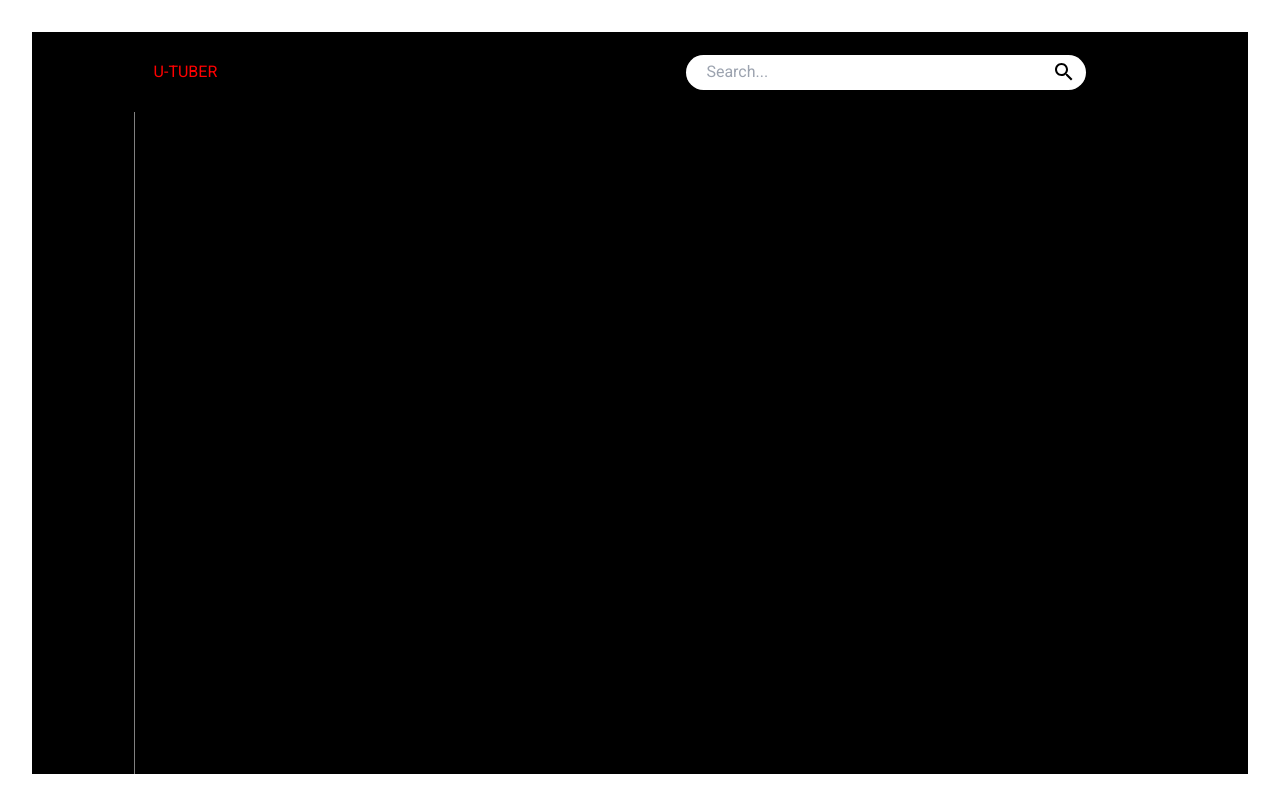
Repository: Nurlan-Bakenbaev/YoutubeClone
Page: /
The author's editor kept a copy of each file at every save. The page is drawn from the files as they stood at one save, then again after a run of saves.
The browser window is 1280 px wide. The pictures show the whole page.
The project was rebuilt for these pictures with package versions that can differ from the ones it lists, and the page was loaded fresh each time. Also part of the build but not shown: vite.config.js, src/components/VideoDetails.jsx, src/components/SearchFeed.jsx, src/components/ChannelDetails.jsx.

Above is the page before, as saved 2023-09-06 09:36:01.

### index.html
<!DOCTYPE html>
<html lang="en">
  <head>
    <link
      rel="stylesheet"
      href="https://fonts.googleapis.com/icon?family=Material+Icons"
    />
    <link rel="preconnect" href="https://fonts.googleapis.com" />
    <link rel="preconnect" href="https://fonts.gstatic.com" crossorigin />
    <link
      rel="stylesheet"
      href="https://fonts.googleapis.com/css2?family=Roboto:wght@300;400;500;600;700&display=swap"
    />

    <meta charset="UTF-8" />
    <link rel="icon" type="image/svg+xml" href="/vite.svg" />
    <meta name="viewport" content="width=device-width, initial-scale=1.0" />
    <title>Youtube Clone</title>
  </head>
  <body>
    <div id="root"></div>
    <script type="module" src="/src/main.jsx"></script>
  </body>
</html>

### src/App.jsx
import "./App.css";
import { BrowserRouter, Routes, Route } from "react-router-dom";
import { Box } from "@mui/material";
import Navbar from './components/Navbar'
import Feed from './components/Feed'
import VideoDetails from './components/VideoDetails'
import SearchFeed from './components/SearchFeed'
import ChannelDetails from './components/ChannelDetails'


const App = () => (
  <BrowserRouter>
    <Box sx={{ backgroundColor: "#000" }}>
      <Navbar/>
      <Routes>
        <Route path="/" element={<Feed />} />
        <Route path="/video:id" element={<VideoDetails />} />
        <Route path="/channel:id" element={<ChannelDetails />} />
        <Route path="/search/:searchTerm" element={<SearchFeed />} />
      </Routes>
    </Box>
  </BrowserRouter>
);

export default App;

### src/index.css
@import "tailwindcss/base";
@import "tailwindcss/components";
@import "tailwindcss/utilities";


body {
  font-family: "Roboto", sans-serif;
  margin: 0;
  padding: 0;
  box-sizing: border-box;
}
a{
  color:inherit;
  text-decoration: none;
}

### src/components/Navbar.jsx
import { Stack } from "@mui/material";
import { Link } from "react-router-dom";
import SearchBar from "./SearchBar";

const Navbar = () => {
  return (
    <Stack
      direction="row"
      alignItems="center"
      sx={{
        position: "sticky",
        background: "black",
        top: "0",
        justifyContent: "space-between",
        height: "80px",
        margin:'0 auto',
        width:'80%'
      }}
    >
      <Stack
        sx={{
          display: "flex",
          flexDirection: "row",
          alignItems: "center",
          color: "red",
        }}
      >
        <Link className="uppercase" to={"/"}>
          U-tuber
        </Link>
      </Stack>
      <SearchBar />
    </Stack>
  );
};

export default Navbar;

### src/components/Feed.jsx
import React, { useState, useEffect } from "react";
import { Box, Stack, Typography } from "@mui/material";

const Feed = () => {
  return (
    <Stack sx={{ flexDirection: { sx: "column", md: "row" } }}>
      <Box
        sx={{
          height: { sx: "auto", md: "92vh" },
          borderRight: "1px solid gray", px:{sx:0,md:2}
        }}>
          SideBar
          <Typography className="copyright"> Copyright </Typography>
        </Box>
    </Stack>
  );
};

export default Feed;

### src/components/SearchBar.jsx
import React from "react";
import { useState } from "react";
import { useNavigate } from "react-router-dom";
import { Paper, IconButton } from "@mui/material";
import SearchIcon from "@mui/icons-material/Search";
const SearchBar = () => {
  return (
    <Paper
      component="form"
      onSubmit={() => {}}
      sx={{
        borderRadius: "20px",
        pl: 2,
        boxShadow: "none",
        display: "flex",
        alignItems: "center",
        width: "400px",
        height: "35px",
        mr: { sm: 5 },
      }}
    >
      <input
        className="flex-1 p-1 outline-none"
        placeholder="Search..."
        type="text"
        onChange={() => {}}/>
      <IconButton type="submit" sx={{ p: "10px", color: "black" }}>
        <SearchIcon />
      </IconButton>
    </Paper>
  );
};

export default SearchBar;

Loaded but not shown: src/main.jsx (common file); src/App.css (common file); tailwind.config.js (common file)

After the next 2 saves:
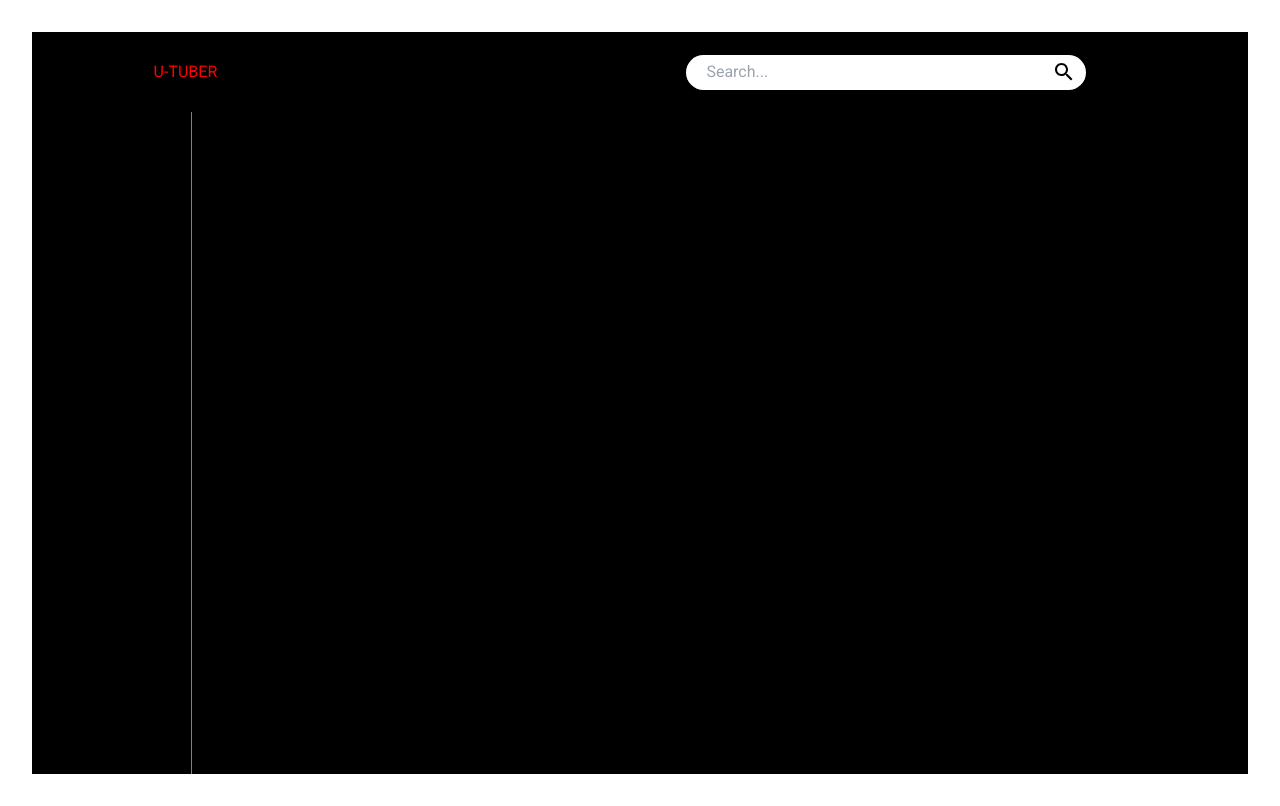
The 2 saves are shown as one change because they came seconds apart.
The last was saved 9 s later.
--- a/src/components/Feed.jsx
+++ b/src/components/Feed.jsx
@@ -10,7 +10,7 @@ const Feed = () => {
           borderRight: "1px solid gray", px:{sx:0,md:2}
         }}>
           SideBar
-          <Typography className="copyright"> Copyright </Typography>
+          <Typography className="copyright" variant=""> Copyright </Typography>
         </Box>
     </Stack>
   );
